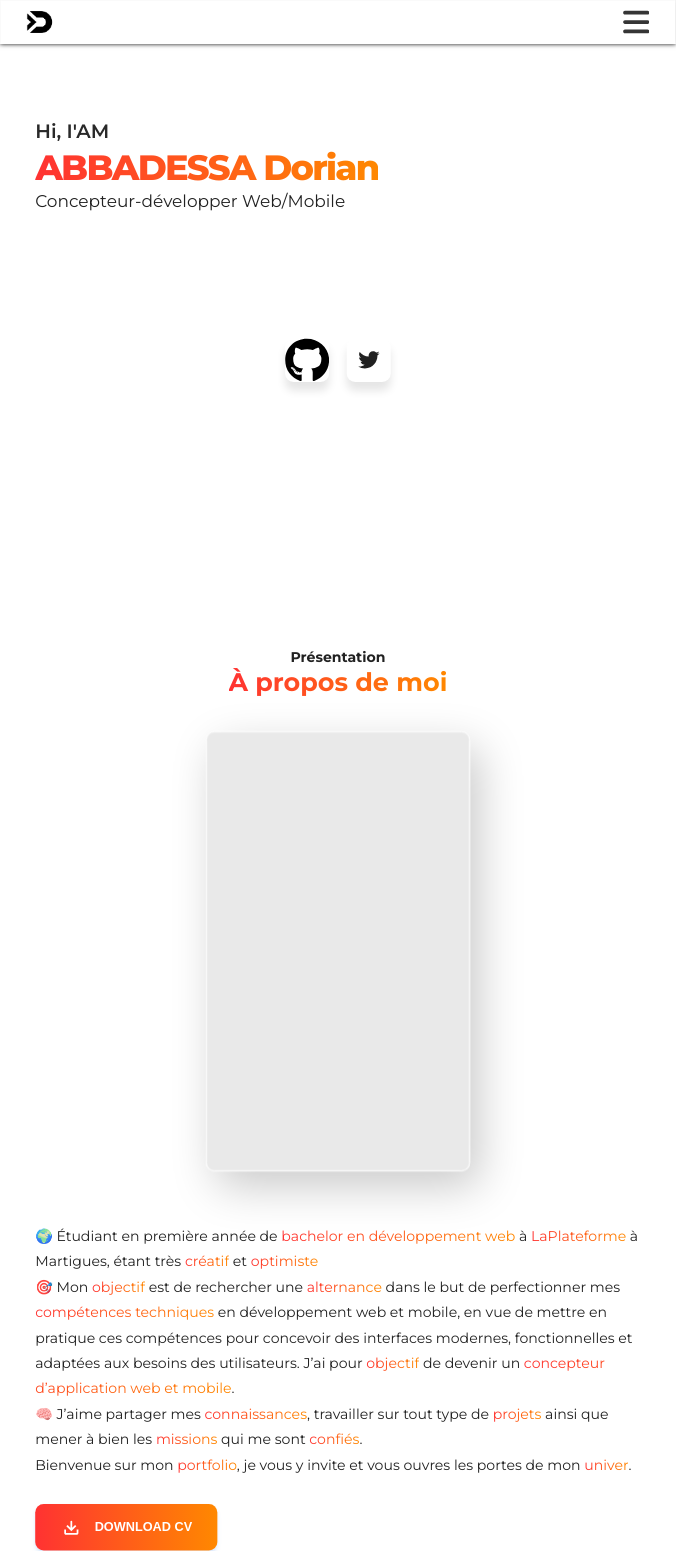
Repository: DorianABDS/Portfolio-ABBADESSA-Dorian
Page: index.html
These files come from the project's save history. The page is drawn as it stood at one moment and after the next save; the edit follows.
The browser window is 768 px wide. The pictures show the whole page, at 88% of full size.

Above is the page before, as saved 2024-11-27 21:45:22.

### index.html
<!DOCTYPE html>
<html lang="fr">
<head>
    <meta charset="UTF-8">
    <meta name="viewport" content="width=device-width, initial-scale=1.0">
    <meta charset="UTF-8">
    <meta name="viewport" content="width=device-width, initial-scale=1.0">
    <meta name="keywords" content="Portfolio, ABBADESSA Dorian, Web developper">
    <title>ABBADESSA Dorian - Portfolio</title>
    <link rel="shortcute icon" href="/src/img/Logo Div.png">
    <link rel="stylesheet" href="style.css">
</head>
<body>
    <header class="header">
        <nav class="navbar">
            <a href="index.html" class="logo"><img src="/src/img/Logo plat Div noir.png" alt=""></a>
            <div class="nav-links">
                <ul>
                    <li><a href="index.html">Accueil</a></li>
                    <li><a href="articles.html">Articles</a></li>
                    <li><a href="apropos.html">À propos</a></li>
                    <li><a href="contact.html">Contact</a></li>
                </ul>
            </div>
            <img src="/src/img/bars-solid.svg" alt="menu hamburger" class="menu-hamburger">
        </nav>
        <!-- <div class="social">
            <a href="#" title="Facebook"><img src="/src/img/icone Github.png" alt=""></a>
            <a href="#" title="Twitter"><img src="src/img/icone Linkedin.png" alt=""></a>
        </div> -->
    </header>
    <main>
        <section class="accueil">
            <div class="container-accueil">
                <h2>Hi, I'AM</h2>
                <h1><span>ABBADESSA Dorian</span></h1>
                <p>Concepteur-développer Web/Mobile</p>
                <div class="social">
                    <ul class="wrapper">
                        <li class="icon facebook">
                          <span class="tooltip">Facebook</span>
                          <img src="/src/img/github-brands-solid.svg" alt="">
                        </li>
                        <li class="icon twitter">
                          <span class="tooltip">Twitter</span>
                          <svg
                            height="1.8em"
                            fill="currentColor"
                            viewBox="0 0 48 48"
                            xmlns="http://www.w3.org/2000/svg"
                            class="twitter"
                          >
                            <path
                              d="M42,12.429c-1.323,0.586-2.746,0.977-4.247,1.162c1.526-0.906,2.7-2.351,3.251-4.058c-1.428,0.837-3.01,1.452-4.693,1.776C34.967,9.884,33.05,9,30.926,9c-4.08,0-7.387,3.278-7.387,7.32c0,0.572,0.067,1.129,0.193,1.67c-6.138-0.308-11.582-3.226-15.224-7.654c-0.64,1.082-1,2.349-1,3.686c0,2.541,1.301,4.778,3.285,6.096c-1.211-0.037-2.351-0.374-3.349-0.914c0,0.022,0,0.055,0,0.086c0,3.551,2.547,6.508,5.923,7.181c-0.617,0.169-1.269,0.263-1.941,0.263c-0.477,0-0.942-0.054-1.392-0.135c0.94,2.902,3.667,5.023,6.898,5.086c-2.528,1.96-5.712,3.134-9.174,3.134c-0.598,0-1.183-0.034-1.761-0.104C9.268,36.786,13.152,38,17.321,38c13.585,0,21.017-11.156,21.017-20.834c0-0.317-0.01-0.633-0.025-0.945C39.763,15.197,41.013,13.905,42,12.429"
                            ></path>
                          </svg>
                        </li>
                      </ul>
                </div>
        </section>
        <section class="about-me">
            <div class="container-about-me">
                <h2>Présentation</h2>
                <h1><span>À propos de moi</span></h1>
            </div>
            <div class="card-about-me"></div>
            <div class="texte-about-me"><p>🌍 Étudiant en première année de <span>bachelor en développement web</span> à <span>LaPlateforme</span> à Martigues, étant très <span>créatif</span> et <span>optimiste</span>
              <br>
              🎯 Mon <span>objectif</span> est de rechercher une <span>alternance</span> dans le but de perfectionner mes <span>compétences techniques</span> en développement web et mobile, en vue de mettre en pratique ces compétences pour  concevoir des interfaces modernes, fonctionnelles et adaptées aux besoins des utilisateurs. J’ai pour <span>objectif</span> de devenir un <span>concepteur d’application web et mobile</span>.
              <br>
              🧠 J’aime partager mes <span>connaissances</span>, travailler sur tout type de <span>projets</span> ainsi que mener à bien les <span>missions</span> qui me sont <span>confiés</span>.
              <br>
              Bienvenue sur mon <span>portfolio</span>, je vous y invite et vous ouvres les portes de mon <span>univer</span>.
              </p></div>
        </section>
        <button class="button-cv">
            <svg
                width="24"
                height="24"
                viewBox="0 0 24 24"
                fill="none"
                xmlns="http://www.w3.org/2000/svg"
                >
                <path
                    d="M11 5C11 4.44772 11.4477 4 12 4C12.5523 4 13 4.44772 13 5V12.1578L16.2428 8.91501L17.657 10.3292L12.0001 15.9861L6.34326 10.3292L7.75748 8.91501L11 12.1575V5Z"
                    fill="currentColor"
                />
                <path
                    d="M4 14H6V18H18V14H20V18C20 19.1046 19.1046 20 18 20H6C4.89543 20 4 19.1046 4 18V14Z"
                    fill="currentColor"
                />
                </svg>
            Download CV
          </button>
    </div>
    </main>
</body>
<script>
    const menuHamburger = document.querySelector(".menu-hamburger")
    const navLinks = document.querySelector(".nav-links")

    menuHamburger.addEventListener('click',()=>{
    navLinks.classList.toggle('mobile-menu')
    })
</script>
</html>

### style.css
@font-face {
    font-family: "Montserrat";
    src: url(/src/font/Montserrat-VariableFont_wght.ttf);
}

* {
    margin: 0;
    padding: 0;
    text-decoration: none;
    list-style: none;
    box-sizing: border-box;

}

html, body {
    font-size: 19.3px;
    color: rgba(0, 0, 0, .87);
    background-color: #fff;
    font-family: "Montserrat", sans-serif;
    line-height: 1.8;
    font-weight: 400;
}

.navbar {
    background: rgb(255, 255, 255);
    box-shadow: 0 0 5px rgb(0, 0, 0);;
    top: 0;
    left: 0;
    height: 50px;
    width: auto;
    position: fixed;
    padding-left: 30px;
    padding-right: 61px;
    width: 100%;
    display: flex;
    justify-content: space-between;
    align-items: center;
    z-index: 100;
}

.navbar a {
    color: #292929;
    font-weight: 700;
    display: inline;
}

.navbar .nav-links ul li a::after {
    content: "";
    display: block;
    height: 2px;
    background: rgb(255, 255, 255);
    transform: scale(0);
    transition: transform 0.2s ease-in-out;
}

.navbar .nav-links ul li a:hover::after {
    transform: scale(1);
}

.navbar .logo {
    transform: none;
    font-weight: 700;
}

.navbar .nav-links ul {
    display: flex;
    align-items: center;
}

.navbar .nav-links ul li {
    display: flex;
    margin: 0 25px;
}

.navbar .nav-links ul li img {
    display: flex;
    padding: -20px;
    margin-left: -23px;
}

.navbar .menu-hamburger {
    display: none;
    position: absolute;
    top: 8px;
    right: 30px;
    width: 30px;
}

.accueil {
    padding-top: 80px;
    margin-top: 50px;
    width: 100%;
    height: 100vh;
}

.button-cv {
    border: none;
    display: flex;
    margin-right: 20px;
    padding: 0.75rem 1.5rem;
    background: linear-gradient(90deg, rgba(255,50,50,1) 0%, rgba(255,136,0,1) 100%);
    color: #ffffff;
    font-size: 0.75rem;
    line-height: 1rem;
    font-weight: 700;
    text-align: center;
    cursor: pointer;
    text-transform: uppercase;
    vertical-align: middle;
    align-items: center;
    border-radius: 0.5rem;
    user-select: none;
    gap: 0.75rem;
    box-shadow:
      0 4px 6px -1px #488aec31,
      0 2px 4px -1px #488aec17;
    transition: all 0.6s ease;
  }

  .button-cv:hover {
    box-shadow:
      0 10px 15px -3px #488aec4f,
      0 4px 6px -2px #488aec17;
  }

  .button-cv:focus,
  .button-cv:active {
    opacity: 0.85;
    box-shadow: none;
  }

  .button-cv svg {
    width: 1.25rem;
    height: 1.25rem;
  }

.about-me {
    display: flex;
    justify-content: center;
    text-align: center;
  }

  .wrapper {
    display: inline-flex;
    list-style: none;
    width: 100%;
    padding-top: 40px;
    font-family: "Montserrat", sans-serif;
    justify-content: center;
  }

  .wrapper .icon {
    position: relative;
    background: #fff;
    border-radius: 0.5rem;
    margin: 10px;
    width: 50px;
    height: 50px;
    font-size: 18px;
    display: flex;
    justify-content: center;
    align-items: center;
    flex-direction: column;
    box-shadow: 0 10px 10px rgba(0, 0, 0, 0.1);
    cursor: pointer;
    transition: all 0.2s cubic-bezier(0.68, -0.55, 0.265, 1.55);
  }

  .wrapper .tooltip {
    position: absolute;
    top: 0;
    font-size: 14px;
    background: #fff;
    color: #fff;
    padding: 5px 8px;
    border-radius: 5px;
    box-shadow: 0 10px 10px rgba(0, 0, 0, 0.1);
    opacity: 0;
  }

  .wrapper .facebook:hover,
  .wrapper .facebook:hover .tooltip,
  .wrapper .facebook:hover .tooltip::before {
    background: #1877f2;
    color: #fff;
  }

  .wrapper .twitter:hover,
  .wrapper .twitter:hover .tooltip,
  .wrapper .twitter:hover .tooltip::before {
    background: #1da1f2;
    color: #fff;
  }

  .wrapper .instagram:hover,
  .wrapper .instagram:hover .tooltip,
  .wrapper .instagram:hover .tooltip::before {
    background: #e4405f;
    color: #fff;
  }

@media  screen and (max-width: 814px) {
    html, body {
        padding: 0 20px;
    }

    .navbar .menu-hamburger {
        display: block;
    }

    .nav-links.mobile-menu {
        margin-left: 0;
    }

    .navbar {
        padding: 0;
    }

    .navbar .logo {
        padding-left: 20px;
    }

    .navbar .logo img {
        display: flex;
        align-items: center;
        width: 50px;
    }

    .nav-links {
        position: absolute;
        background-color: #ffffff90;
        backdrop-filter: blur(8px);
        top: 0;
        left: 0;
        width: 100%;
        height: 100vh;
        display: flex;
        justify-content: center;
        align-items: center;
        margin-left: 100%;
        transition: all 0.5s ease;
    }

    .nav-links ul {
        display: flex;
        flex-direction: column;
        align-items: center;
    }

    .navbar .nav-links ul li {
        margin: 15px 0;
        font-size: 1.2em;
    }

    .accueil {
        height: 100%;
    }

    .accueil h2 {
        font-size: 22px;
        font-weight: 600;
        color: #292929;
    }

    .accueil h1 {
        display: inline-block;
        line-height: 100%;
        font-size: 40px;
        letter-spacing: -2px;
        font-weight: 800;
        background: linear-gradient(90deg, rgba(255,50,50,1) 0%, rgba(255,136,0,1) 100%);
        -webkit-background-clip: text;
        -webkit-text-fill-color: transparent;
    }

    .accueil p {
        height: 80px;
        line-height: 150%;
        margin-bottom: 80px;
    }

    .social {
        display: flex;
        justify-content: center;
    }

    .social a {
        display: flex;
        justify-content: center;
        margin: 0 10px;
        width: 30px;
    }

    .container-accueil {
        viewBox="0 0 320 512"
        height: 1.2em;
        fill: "currentColor"
    }

    .container-about-me h1 {
        font-size: 12;
        background: linear-gradient(90deg, rgba(255,50,50,1) 0%, rgba(255,136,0,1) 100%);
        -webkit-background-clip: text;
        -webkit-text-fill-color: transparent;
    }

    .container-about-me h2 {
        line-height: 5px;
        font-size: 16px;
    }

    .about-me {
        height: 100%;
        display: flex;
        align-items: center;
        flex-direction: column;
        padding-top: 300px;
    }

    .card-about-me {
        box-sizing: border-box;
        width: 300px;
        height: 500px;
        background: rgba(217, 217, 217, 0.58);
        border: 1px solid white;
        box-shadow: 12px 17px 51px rgba(0, 0, 0, 0.22);
        backdrop-filter: blur(6px);
        border-radius: 0.5rem;
        text-align: center;
        cursor: pointer;
        transition: all 0.5s;
        display: flex;
        align-items: center;
        justify-content: center;
        user-select: none;
        font-weight: bolder;
        color: black;
    }

    .card-about-me img {
        height: 500px;
    }

    .about-me p {
        font-size: 16px;
        margin-top: 30px;
        text-align: start;

    }

    .about-me p span {
        margin-top: 30px;
        background: linear-gradient(90deg, rgba(255,50,50,1) 0%, rgba(255,136,0,1) 100%);
        -webkit-background-clip: text;
        -webkit-text-fill-color: transparent;
    }

    .wrapper {
        padding-top: 0;
    }

    .button-cv {
        margin-top: 30px;
    }

    .card-about-me {
        margin: 30px 0;
    }
}

### src/img/bars-solid.svg
<svg xmlns="http://www.w3.org/2000/svg" viewBox="0 0 448 512" fill="#353535"><!--!Font Awesome Free 6.7.0 by @fontawesome - https://fontawesome.com License - https://fontawesome.com/license/free Copyright 2024 Fonticons, Inc.--><path d="M0 96C0 78.3 14.3 64 32 64l384 0c17.7 0 32 14.3 32 32s-14.3 32-32 32L32 128C14.3 128 0 113.7 0 96zM0 256c0-17.7 14.3-32 32-32l384 0c17.7 0 32 14.3 32 32s-14.3 32-32 32L32 288c-17.7 0-32-14.3-32-32zM448 416c0 17.7-14.3 32-32 32L32 448c-17.7 0-32-14.3-32-32s14.3-32 32-32l384 0c17.7 0 32 14.3 32 32z"/></svg>

### src/img/github-brands-solid.svg
<svg xmlns="http://www.w3.org/2000/svg" viewBox="0 0 496 512"><!--!Font Awesome Free 6.7.1 by @fontawesome - https://fontawesome.com License - https://fontawesome.com/license/free Copyright 2024 Fonticons, Inc.--><path fill="#000000" d="M165.9 397.4c0 2-2.3 3.6-5.2 3.6-3.3 .3-5.6-1.3-5.6-3.6 0-2 2.3-3.6 5.2-3.6 3-.3 5.6 1.3 5.6 3.6zm-31.1-4.5c-.7 2 1.3 4.3 4.3 4.9 2.6 1 5.6 0 6.2-2s-1.3-4.3-4.3-5.2c-2.6-.7-5.5 .3-6.2 2.3zm44.2-1.7c-2.9 .7-4.9 2.6-4.6 4.9 .3 2 2.9 3.3 5.9 2.6 2.9-.7 4.9-2.6 4.6-4.6-.3-1.9-3-3.2-5.9-2.9zM244.8 8C106.1 8 0 113.3 0 252c0 110.9 69.8 205.8 169.5 239.2 12.8 2.3 17.3-5.6 17.3-12.1 0-6.2-.3-40.4-.3-61.4 0 0-70 15-84.7-29.8 0 0-11.4-29.1-27.8-36.6 0 0-22.9-15.7 1.6-15.4 0 0 24.9 2 38.6 25.8 21.9 38.6 58.6 27.5 72.9 20.9 2.3-16 8.8-27.1 16-33.7-55.9-6.2-112.3-14.3-112.3-110.5 0-27.5 7.6-41.3 23.6-58.9-2.6-6.5-11.1-33.3 2.6-67.9 20.9-6.5 69 27 69 27 20-5.6 41.5-8.5 62.8-8.5s42.8 2.9 62.8 8.5c0 0 48.1-33.6 69-27 13.7 34.7 5.2 61.4 2.6 67.9 16 17.7 25.8 31.5 25.8 58.9 0 96.5-58.9 104.2-114.8 110.5 9.2 7.9 17 22.9 17 46.4 0 33.7-.3 75.4-.3 83.6 0 6.5 4.6 14.4 17.3 12.1C428.2 457.8 496 362.9 496 252 496 113.3 383.5 8 244.8 8zM97.2 352.9c-1.3 1-1 3.3 .7 5.2 1.6 1.6 3.9 2.3 5.2 1 1.3-1 1-3.3-.7-5.2-1.6-1.6-3.9-2.3-5.2-1zm-10.8-8.1c-.7 1.3 .3 2.9 2.3 3.9 1.6 1 3.6 .7 4.3-.7 .7-1.3-.3-2.9-2.3-3.9-2-.6-3.6-.3-4.3 .7zm32.4 35.6c-1.6 1.3-1 4.3 1.3 6.2 2.3 2.3 5.2 2.6 6.5 1 1.3-1.3 .7-4.3-1.3-6.2-2.2-2.3-5.2-2.6-6.5-1zm-11.4-14.7c-1.6 1-1.6 3.6 0 5.9 1.6 2.3 4.3 3.3 5.6 2.3 1.6-1.3 1.6-3.9 0-6.2-1.4-2.3-4-3.3-5.6-2z"/></svg>

After the next save:
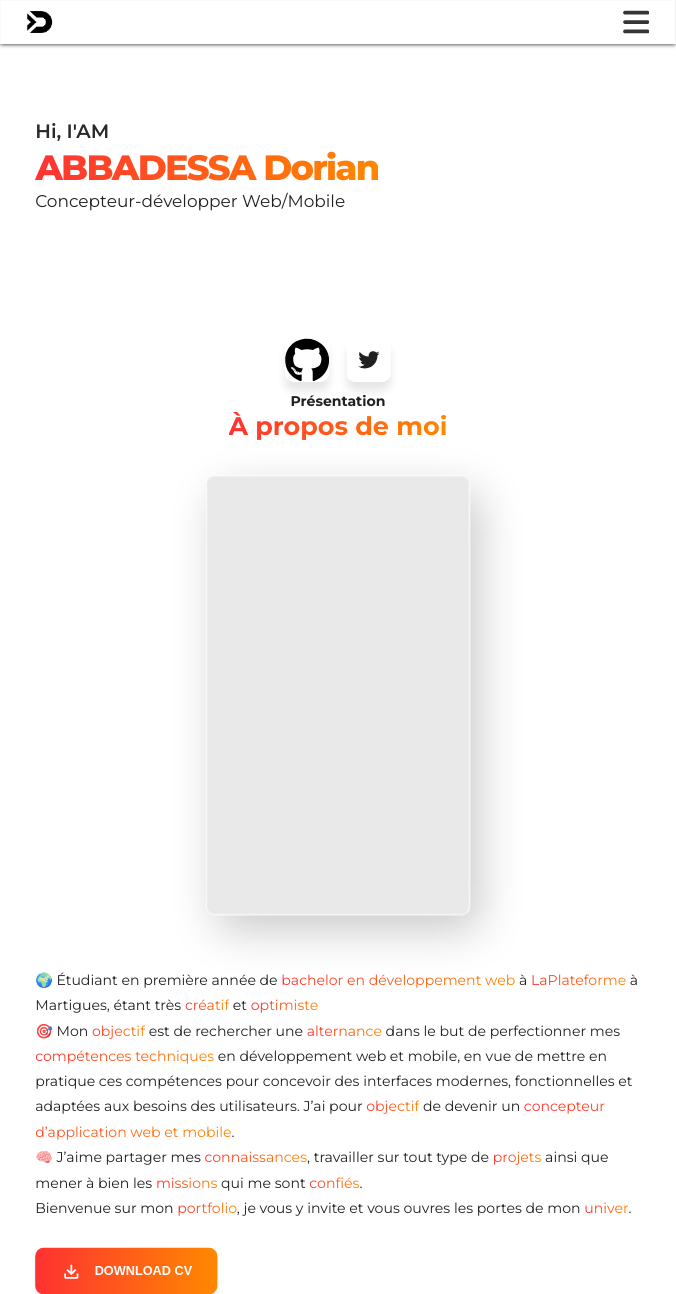
Saved 62 s later.
--- a/style.css
+++ b/style.css
@@ -292,9 +292,7 @@
     }
 
     .container-accueil {
-        viewBox="0 0 320 512"
         height: 1.2em;
-        fill: "currentColor"
     }
 
     .container-about-me h1 {

After the save that followed:
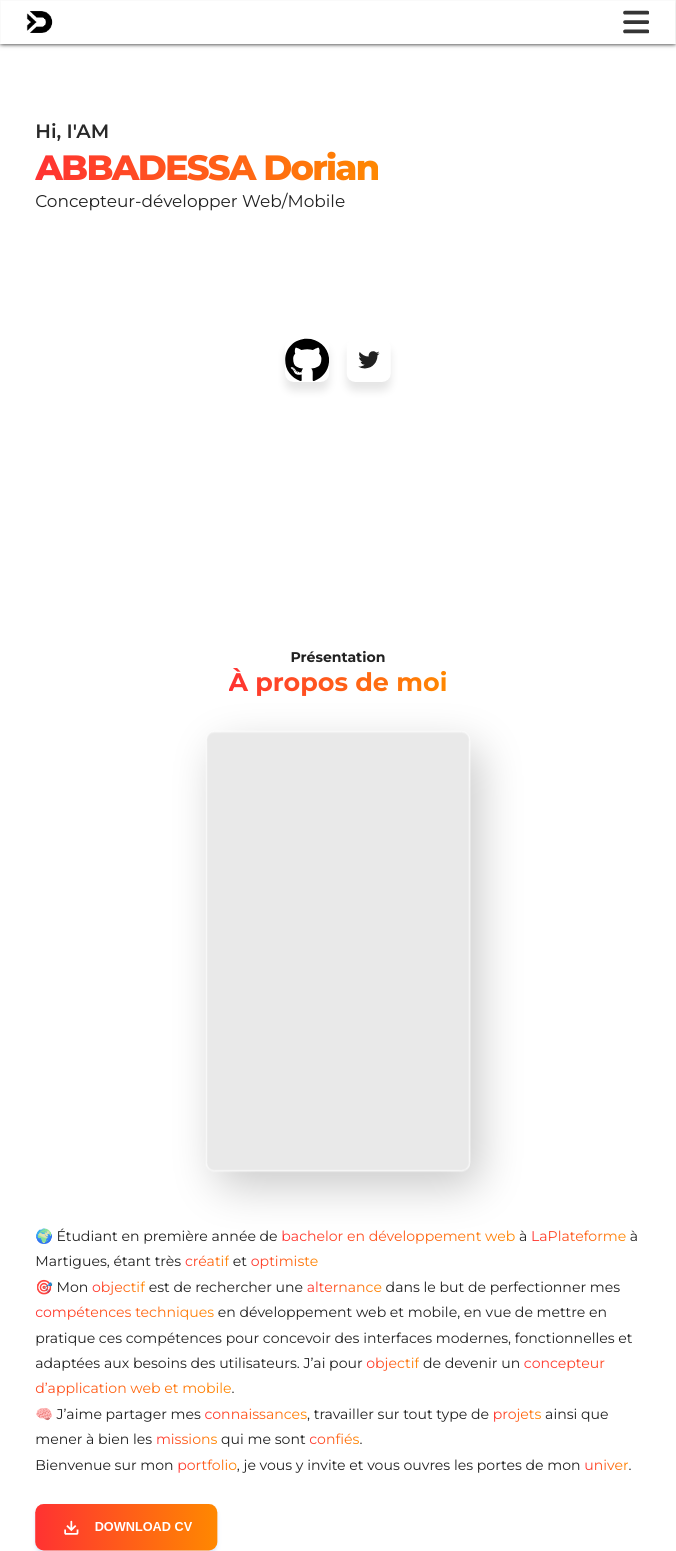
Saved 7 s later.
--- a/style.css
+++ b/style.css
@@ -292,7 +292,9 @@
     }
 
     .container-accueil {
+        viewBox="0 0 320 512"
         height: 1.2em;
+        fill: "currentColor"
     }
 
     .container-about-me h1 {
